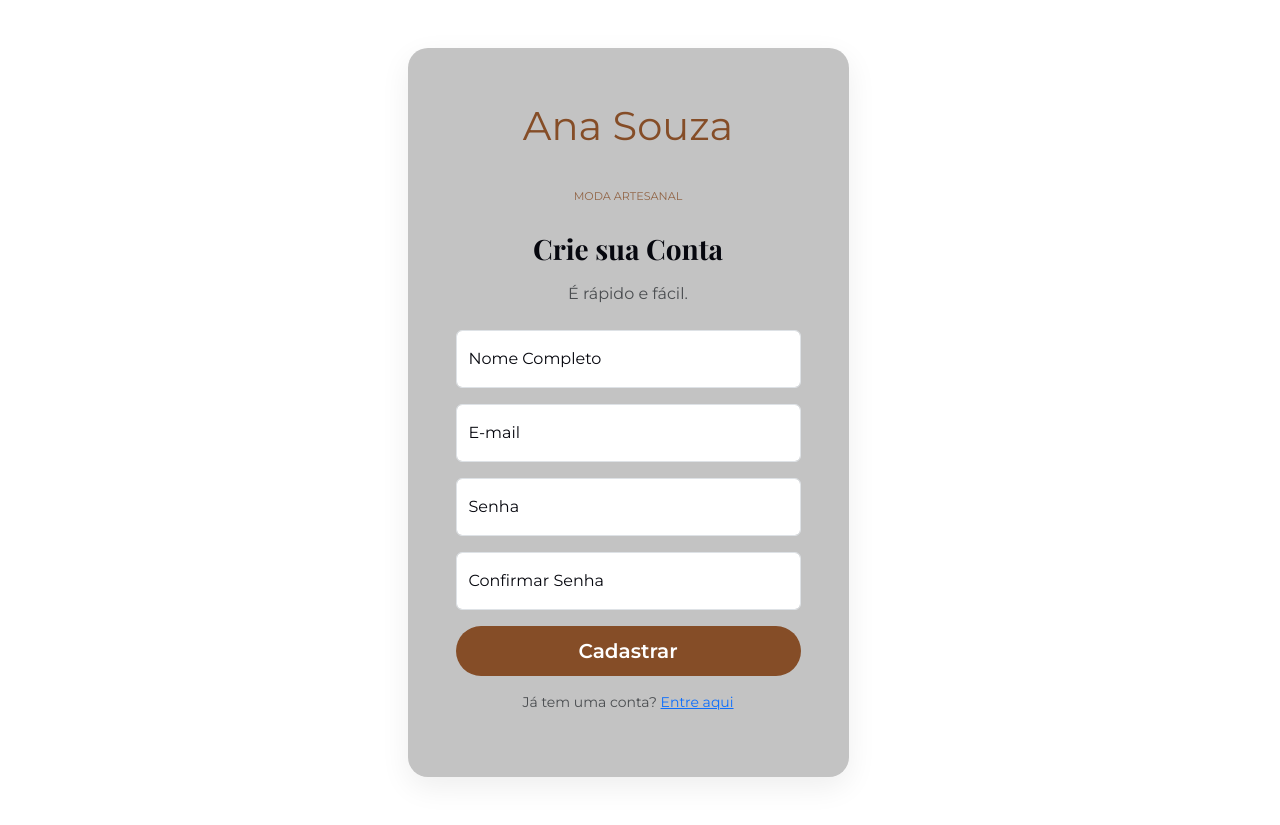
Repository: Lucascsg/projeto-anasouza-frontend
Page: cadastro.html
An editor plug-in stored every save of this project. The page is shown before and after the next save, followed by the edit.
The browser window is 1280 px wide. The pictures show the whole page.

Above is the page before, as saved 2025-10-21 22:42:18.

After the next save:
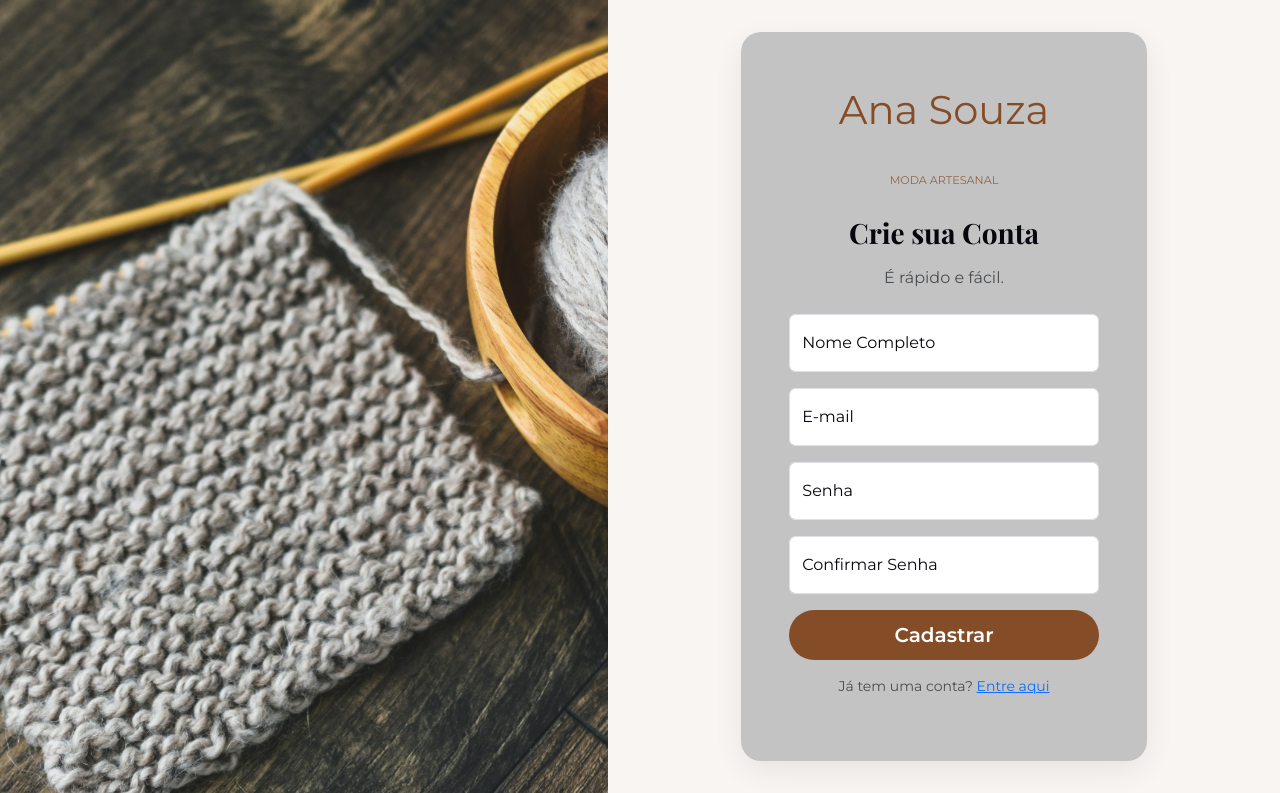
Saved 10 s later.
--- a/cadastro.html
+++ b/cadastro.html
@@ -10,26 +10,37 @@
     <link rel="preconnect" href="https://fonts.googleapis.com">
     <link rel="preconnect" href="https://fonts.gstatic.com" crossorigin>
     <link href="https://fonts.googleapis.com/css2?family=Montserrat:wght@400;500;600&family=Playfair+Display:wght@700&family=Great+Vibes&display=swap" rel="stylesheet">
-
     <style>
-        /* Estilo para centralizar verticalmente em páginas sem muito conteúdo */
-        body {
+        /* Estilo para garantir altura total e split screen */
+        body, html { height: 100%; }
+        .split-container { display: flex; min-height: 100vh; }
+        .split-image {
+            background: url('imagens/hero-background.jpg') no-repeat center center/cover; /* Use uma imagem bonita da sua marca */
+            flex: 1;
+        }
+        .split-form {
+            flex: 1;
             display: flex;
-            flex-direction: column;
-            min-height: 100vh;
+            align-items: center;
+            justify-content: center;
+            padding: 2rem;
+            background-color: var(--cor-fundo-claro); /* Fundo bege claro para a parte do form */
         }
-        main {
-            flex-grow: 1; /* Faz o main ocupar o espaço disponível */
-            display: flex;
-            align-items: center; /* Centraliza o conteúdo verticalmente */
+        /* Ajuste para telas menores */
+        @media (max-width: 767px) {
+            .split-container { flex-direction: column; }
+            .split-image { min-height: 250px; flex: none; } /* Imagem fica no topo */
+            .split-form { padding: 1.5rem; }
         }
     </style>
 </head>
-<body class="bg-white-page">
+<body>
 
-    <main class="container my-5">
-        <div class="row justify-content-center w-100">
-            <div class="col-lg-5 col-md-8">
+    <div class="split-container">
+        <div class="split-image d-none d-md-block"></div>
+
+        <div class="split-form">
+            <div class="col-lg-8 col-md-10 col-sm-12">
                 <div class="form-container section-card">
                     <div class="text-center mb-4">
                         <a class="logo-text d-inline-block mb-3 text-decoration-none" href="index.html" style="font-size: 2.5rem; color: var(--cor-base-escura) !important;">
@@ -67,8 +78,8 @@
                 </div>
             </div>
         </div>
-    </main>
+    </div>
 
     <script src="https://cdn.jsdelivr.net/npm/bootstrap@5.3.2/dist/js/bootstrap.bundle.min.js"></script>
-    </body>
+</body>
 </html>
